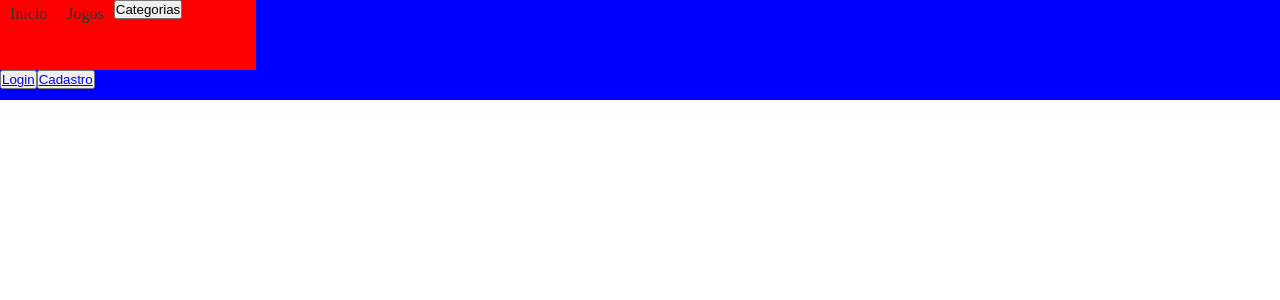
Repository: MarcoantonioCaldeira/Projeto-Go-Gamming
Page: /
The author's editor kept a copy of each file at every save. The page is drawn from the files as they stood at one save, then again after the next save.
The browser window is 1280 px wide. The pictures show the whole page.
The project was rebuilt for these pictures with package versions that can differ from the ones it lists, and the page was loaded fresh each time. Also part of the build but not shown: src/pages/Inicio/estilo.css, src/pages/rodape/rodape.js, src/pages/Inicio/Inicio.js, src/pages/Jogos/Jogos.js, src/pages/Categorias/Acao.js, src/pages/Categorias/Aventura.js, src/pages/Categorias/Arcades.js, src/pages/Categorias/Familia.js and 7 more.

Above is the page before, as saved 2023-02-05 13:43:04.

### src/App.js
import ReactDOM from "react-dom/client";
import "./fonts/Poppins.ttf";
import { BrowserRouter, Routes, Route } from "react-router-dom";

import Menu from "./pages/Menu/Menu";
import Inicio from "./pages/Inicio/Inicio";

//Categorias
import Jogos from "./pages/Jogos/Jogos";
import Acao from "./pages/Categorias/Acao";
import Aventura from "./pages/Categorias/Aventura";
import Arcades from "./pages/Categorias/Arcades";
import Familia from "./pages/Categorias/Familia";
import Independentes from "./pages/Categorias/Independentes";
import Jogos_RPG from "./pages/Categorias/Jogos_RPG";
import Gratuitos from "./pages/Categorias/Gratuitos";
import Terror from "./pages/Categorias/Terror";
import Suspence from "./pages/Categorias/Suspence";


import Login from "./pages/Login/Login";
import Cadastro from "./pages/Cadastro/Cadastro";

function App() {
  return (
   <BrowserRouter>
    <Routes>
      <Route path="/" element={<Menu />}>
        <Route path="Inicio" element={<Inicio />}/>
        <Route path="jogos" element={< Jogos />}/>
          <Route path="Acao" element={<Acao />}/>
          <Route path="Aventura" element={<Aventura />}/>
          <Route path="Arcades" element={<Arcades />}/>
          <Route path="Familia" element={<Familia />}/>
          <Route path="Independentes" element={<Independentes />}/>
          <Route path="Jogos_RPG" element={<Jogos_RPG />}/>
          <Route path="Gratuitos" element={<Gratuitos />}/>
          <Route path="Terror" element={<Terror />}/>
          <Route path="Suspence" element={<Suspence />}/>
        <Route path="Login" element={<Login />}/>
        <Route path="Cadastro" element={<Cadastro />}/>
      </Route>
    </Routes>
   </BrowserRouter>
  );
}

const root = ReactDOM.createRoot(document.getElementById('root'))
root.render(<App />);
export default App;

### src/pages/Menu/Menu.js
import { Outlet, Link } from "react-router-dom";
import './estilo.css';


const Menu = () => {
  return (
      <>
        <nav id="nav_bar">
          <ul id="menu">
            <li>
              <Link to="./Inicio">Inicio</Link>
            </li>
            <li>
              <Link to="./Jogos">Jogos</Link>
            </li>
            <div class="dropdown" >
              <button class="dropbtn">Categorias</button>
                  <div class="dropdown-content">
                    <a><Link to="./Acao">Ação</Link></a>
                    <a><Link to="./Aventura">Aventura</Link></a>
                    <a><Link to="./Arcades">Arcades</Link></a>
                    <a><Link to="./Familia">Familia</Link></a>
                    <a><Link to="./Independentes">Independetes</Link></a>
                    <a><Link to="./Jogos_RPG">Jogos_RPG</Link></a>
                    <a><Link to="./Gratuitos">Gratuitos</Link></a>
                    <a><Link to="./Terror">Torror</Link></a>
                    <a><Link to="./Suspence">Suspence</Link></a>
                  </div>
            </div>
          </ul>
          <button><Link to="./Login">Login</Link></button>
          <button><Link to="./Cadastro">Cadastro</Link></button>
        </nav>
        <Outlet />
      </>
  )
};

export default Menu;

### src/pages/Menu/estilo.css

*{
    margin: 0;
    padding: 0;
}

/* a, ul{
    display: inline;
    color: white;
    text-decoration: none !important;
    font-family: Arial;
} */


#nav_bar{
    width: 100%;
    height: 100px;
    background-color: blue;
}


#menu{
    width:20%;
    height: 70px;
    background-color: red;
    list-style:none;
}

#nav_bar li{
    position:relative;
    float:left;
}

#nav_bar li a{color:#333; text-decoration:none; padding:5px 10px; display:block;}

/* DropDown Button */

.dropdown {
    position: relative;
    display: inline-block;
}


.dropbtn {
    /* background-color: #4CAF50; */
    /* color: white; */
    /* padding: 16px; */
    /* font-size: 16px; */
    /* border: none; */
    /* cursor: pointer; */
}


.dropdown-content {
    display: none;
    position: absolute;
    background-color: #f9f9f9;
    min-width: 160px;
    box-shadow: 0px 8px 16px 0px rgba(0,0,0,0.2);
    z-index: 1;
  }

  .dropdown-content a {
    color: black;
    padding: 12px 16px;
    text-decoration: none;
    display: block;
  }

  .dropdown-content a:hover {background-color: #f1f1f1}


  .dropdown:hover .dropdown-content {
    display: block;
  }

  .dropdown:hover .dropbtn {
    background-color: #3e8e41;
  }

Loaded but not shown: public/index.html (common file); src/index.js (common file); src/reportWebVitals.js (common file)

After the next save:
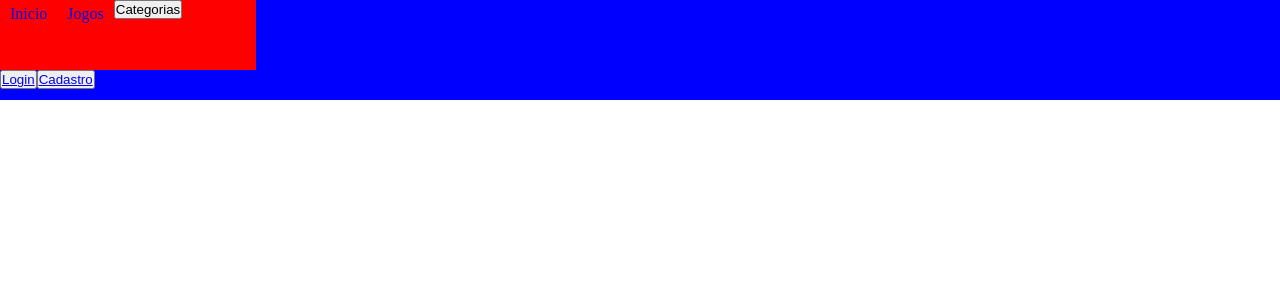
Saved 7 s later.
--- a/src/pages/Menu/estilo.css
+++ b/src/pages/Menu/estilo.css
@@ -31,7 +31,7 @@
     float:left;
 }
 
-#nav_bar li a{color:#333; text-decoration:none; padding:5px 10px; display:block;}
+#nav_bar li a{ text-decoration:none; padding:5px 10px; display:block;}
 
 /* DropDown Button */
 
